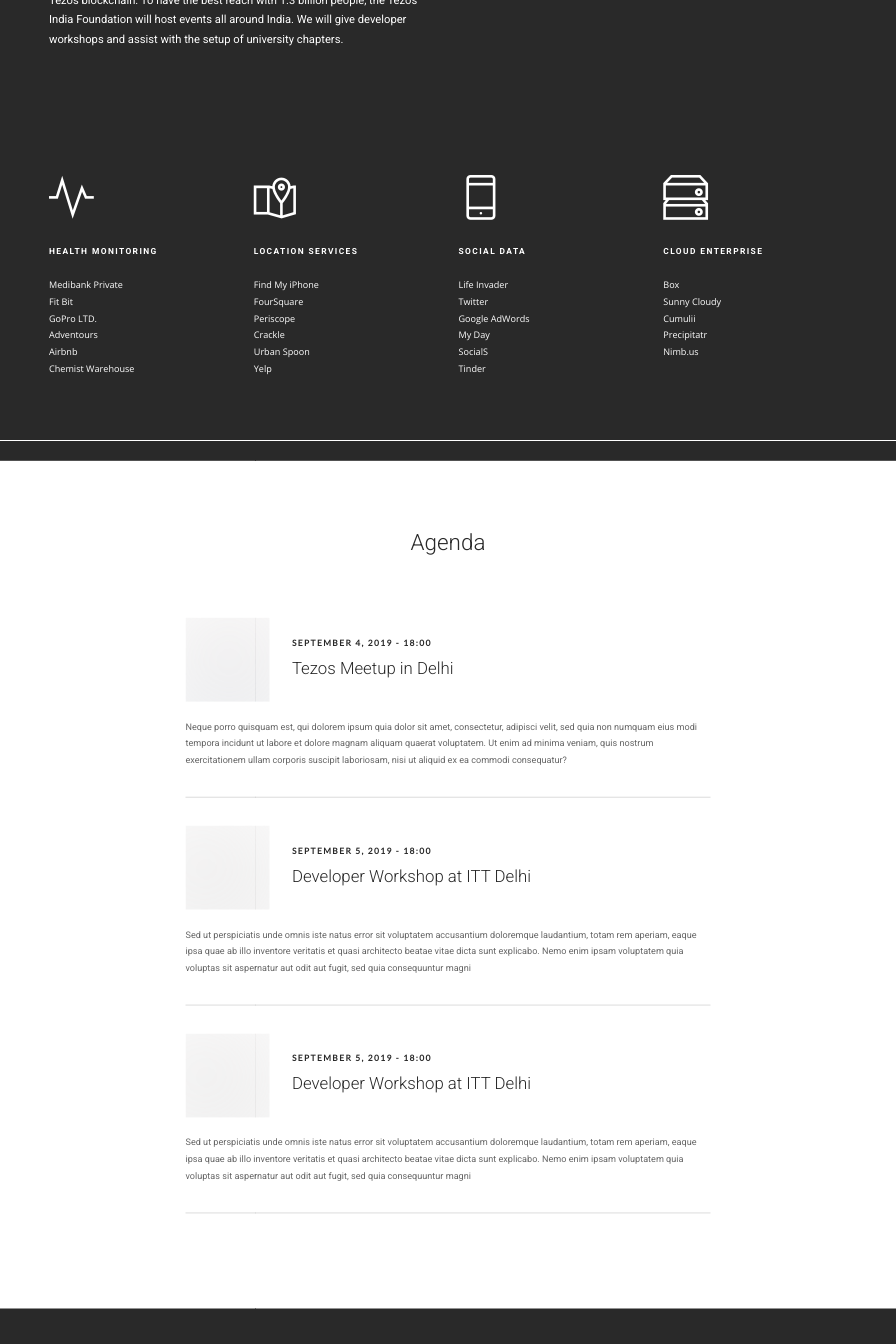
Repository: Tezos-India-Foundation/TIF-Website
Page: Tezos India Website/page.html
These files come from the project's save history. The page is drawn as it stood at one moment and after the next save; the edit follows.
The browser window is 1280 px wide. The pictures show the part of the page from y = 516 to 2436 px (the page is 3450 px tall before and 3562 px after), at 70% of full size.

Above is the page before, as saved 2019-08-06 15:48:34.

### Tezos India Website/page.html
<!doctype html>
<html lang="en">

<head>
	<meta charset="utf-8">
	<title></title>
	<meta name="viewport" content="width=device-width, initial-scale=1.0">
	<link href="css/font-awesome.min.css" rel="stylesheet" type="text/css" media="all">
	<link href="css/themify-icons.css" rel="stylesheet" type="text/css" media="all" />
	<link href="css/bootstrap.css" rel="stylesheet" type="text/css" media="all" />
	<link href="css/theme-nearblack.css" rel="stylesheet" type="text/css" media="all" />
	<link href="css/custom.css" rel="stylesheet" type="text/css" media="all" />
	<link
		href='http://fonts.googleapis.com/css?family=Lato:300,400%7CRaleway:100,400,300,500,600,700%7COpen+Sans:400,500,600'
		rel='stylesheet' type='text/css'>
	<link href="http://fonts.googleapis.com/css?family=Roboto:100,300,400,600,700" rel="stylesheet" type="text/css">
	<link href="css/font-roboto.css" rel="stylesheet" type="text/css">
</head>

<body>

	<div class="nav-container">




		<nav class="bg-dark">
			<div class="nav-bar">
				<div class="module left">
					<a href="index.html">
						<img class="logo logo-light" alt="Foundry" src="img\logo with text.png">
						<img class="logo logo-dark" alt="Foundry" src="img/logo-dark.png">
					</a>
				</div>
				<div class="module widget-handle mobile-toggle right visible-sm visible-xs">
					<i class="ti-menu"></i>
				</div>
				<div class="module-group right">
					<div class="module left">
						<ul class="menu">
							<li>
								<a href="#">What We Do</a>
							</li>
							<li>
								<a href="#">Agenda</a>
							</li>
							<li>
								<a href="#">Team</a>
							</li>
							<li>
								<a href="#">Contact</a>
							</li>
					</div>

				</div>
		</nav>





















































































	</div>

	<div class="main-container">





		<!-- <section class="cover fullscreen image-bg overlay">

			<div class="background-image-holder">
				<img alt="image" class="background-image" src="img/prop1.jpg">
			</div>
			<div class="container v-align-transform">
				<div class="row">
					<div class="col-sm-12 text-center">
						<h1 class="large mb16">Tezos India Foundation</h1>
						<h5 class="uppercase mb0">Education . meetups . partnerships</h5>
					</div>
				</div>

			</div>

			<div class="align-bottom relative-xs text-center" id="buttonslanding">
				<a class="btn btn-filled btn-lg mb32 mt-xs-40" href="#">What is Tezos?</a>
				<a class="btn btn-filled btn-lg mb32 mt-xs-40" href="#">Developer Resources</a>
			</div>

		</section> -->
		<section class="bg-dark">
			<div class="container">
				<div class="row">
					<!-- <div class="col-sm-12">

						<hr class="mb160 mb-xs-24">
					</div> -->
				</div>

				<div class="row" id="headerlanding">
					<div class="col-md-10">
						<h1 class="thin">Dedicated to Growing the Tezos Community in India.</h1>
					</div>
				</div>

				<div class="row mb160 mb-xs-0">
					<div class="col-md-6 col-sm-8">
						<p class="lead">The Tezos India Foundation will assist individuals and
							entities to use the Tezos blockchain. To have the best reach with 1.3 billion
							people, the Tezos India Foundation will host events all around
							India. We will give developer workshops and assist with the setup of university
							chapters.&nbsp;</p>
					</div>
				</div>

				<div class="row">
					<div class="col-md-3 col-sm-6 mb-xs-24">
						<i class="ti-pulse icon mb32"></i>
						<h6 class="uppercase">Health Monitoring</h6>
						<ul>
							<li>Medibank Private</li>
							<li>Fit Bit</li>
							<li>GoPro LTD.</li>
							<li>Adventours</li>
							<li>Airbnb</li>
							<li>Chemist Warehouse</li>
						</ul>
					</div>
					<div class="col-md-3 col-sm-6 mb-xs-24">
						<i class="ti-map-alt icon mb32"></i>
						<h6 class="uppercase">Location Services</h6>
						<ul>
							<li>Find My iPhone</li>
							<li>FourSquare</li>
							<li>Periscope</li>
							<li>Crackle</li>
							<li>Urban Spoon</li>
							<li>Yelp</li>
						</ul>
					</div>
					<div class="col-md-3 col-sm-6 mb-xs-24">
						<i class="ti-mobile icon mb32"></i>
						<h6 class="uppercase">Social Data</h6>
						<ul>
							<li>Life Invader</li>
							<li>Twitter</li>
							<li>Google AdWords</li>
							<li>My Day</li>
							<li>SocialS</li>
							<li>Tinder</li>
						</ul>
					</div>
					<div class="col-md-3 col-sm-6 mb-xs-24">
						<i class="ti-harddrives icon mb32"></i>
						<h6 class="uppercase">Cloud Enterprise</h6>
						<ul>
							<li>Box</li>
							<li>Sunny Cloudy</li>
							<li>Cumulii</li>
							<li>Precipitatr</li>
							<li>Nimb.us</li>
						</ul>
					</div>
				</div>

			</div>

		</section>
		<section>
			<div class="container">
				<div class="row mb64 mb-xs-24">
					<div class="col-sm-12 text-center">
						<h3>Agenda</h3>

					</div>
				</div>

				<div class="row">
					<div class="col-md-offset-2 col-md-8">
						<div class="tabbed-content button-tabs">


									<div class="tab-content text-left">
										<div>
											<div class="overflow-hidden">
												<img alt="Pic" class="mb24 pull-left" src="img/avatar1.png">
												<div class="pull-left p32 p0-xs pt24">
													<h6 class="uppercase mb8 number">September 4, 2019 - 18:00</h6>
													<h4>Tezos Meetup in Delhi</h4>
												</div>
											</div>
											<p>
												Neque porro quisquam est, qui dolorem ipsum quia dolor sit amet,
												consectetur, adipisci velit, sed quia non numquam eius modi tempora
												incidunt ut labore et dolore magnam aliquam quaerat voluptatem. Ut enim
												ad minima veniam, quis nostrum exercitationem ullam corporis suscipit
												laboriosam, nisi ut aliquid ex ea commodi consequatur?
											</p>
											<hr class="mt40 mb40 mt-xs-0 mb-xs-24">
										</div>
										<div>
											<div class="overflow-hidden">
												<img alt="Pic" class="mb24 pull-left" src="img/avatar2.png">
												<div class="pull-left p32 p0-xs pt24">
													<h6 class="uppercase mb8 number">September 5, 2019 - 18:00</h6>
													<h4>Developer Workshop at ITT Delhi</h4>
												</div>
											</div>
											<p>
												Sed ut perspiciatis unde omnis iste natus error sit voluptatem
												accusantium doloremque laudantium, totam rem aperiam, eaque ipsa quae ab
												illo inventore veritatis et quasi architecto beatae vitae dicta sunt
												explicabo. Nemo enim ipsam voluptatem quia voluptas sit aspernatur aut
												odit aut fugit, sed quia consequuntur magni
											</p>
											<hr class="mt40 mb40 mt-xs-0 mb-xs-24">
										</div>
										<div>
											<div class="overflow-hidden">
												<img alt="Pic" class="mb24 pull-left" src="img/avatar2.png">
												<div class="pull-left p32 p0-xs pt24">
													<h6 class="uppercase mb8 number">September 5, 2019 - 18:00</h6>
													<h4>Developer Workshop at ITT Delhi</h4>
												</div>
											</div>
											<p>
												Sed ut perspiciatis unde omnis iste natus error sit voluptatem
												accusantium doloremque laudantium, totam rem aperiam, eaque ipsa quae ab
												illo inventore veritatis et quasi architecto beatae vitae dicta sunt
												explicabo. Nemo enim ipsam voluptatem quia voluptas sit aspernatur aut
												odit aut fugit, sed quia consequuntur magni
											</p>
											<hr class="mt40 mb40 mt-xs-0 mb-xs-24">
										</div>
									</div>

						</div>

					</div>
				</div>


		</section>
		<section class="bg-dark">
			<div class="container">
				<div class="row">
					<div class="col-md-4 col-sm-6">
						<div class="image-tile outer-title text-center">
							<img alt="Pic" src="img/team-1.jpg">
							<div class="title mb16">
								<h5 class="uppercase mb0">Bernd Oostrum</h5>
								<span>Director</span>
							</div>
							<p class="mb0">
								Sed ut perspiciatis unde omnis iste natus error sit voluptatem accusantium doloremque
								laudantium, totam rem aperiam, eaque ipsa quae ab illo inventore veritatis.
							</p>
						</div>
					</div>
					<div class="col-md-4 col-sm-6">
						<div class="image-tile outer-title text-center">
							<img alt="Pic" src="img/team-2.jpg">
							<div class="title mb16">
								<h5 class="uppercase mb0">Om Malviya</h5>
								<span>Director</span>
							</div>
							<p class="mb0">
								Sed ut perspiciatis unde omnis iste natus error sit voluptatem accusantium doloremque
								laudantium, totam rem aperiam, eaque ipsa quae ab illo inventore veritatis.
							</p>
						</div>
					</div>
					<div class="col-md-4 col-sm-6">
						<div class="image-tile outer-title text-center">
							<img alt="Pic" src="img/team-3.jpg">
							<div class="title mb16">
								<h5 class="uppercase mb0">Gokul Alex</h5>
								<span>Director</span>
							</div>
							<p class="mb0">
								Sed ut perspiciatis unde omnis iste natus error sit voluptatem accusantium doloremque
								laudantium, totam rem aperiam, eaque ipsa quae ab illo inventore veritatis.
							</p>
						</div>
					</div>
				</div>

			</div>

		</section>
		<section class="bg-primary">
			<div class="container">
				<div class="row">
					<div class="col-sm-12 text-center">
						<h3 class="mb0 inline-block p32 p0-xs">Interested in exploring Tezos?</h3>
						<a class="btn btn-lg btn-white mb8 mt-xs-24" href="#">Reach out</a>
					</div>
				</div>

			</div>

		</section>
		<footer class="footer-2 bg-dark text-center-xs">
			<div class="container">
				<div class="row">
					<div class="col-sm-4">
						<a href="#"><img class="image-xxs fade-half" alt="Pic" src="img\logo with text.png"></a>
					</div>

					<div class="col-sm-5 text-center">
						<span class="fade-half">
							© Copyright 2019 Tezos India Foundation - All Rights Reserved
						</span>
					</div>

					<div class="col-sm-3 text-right text-center-xs">
						<ul class="list-inline social-list">
							<li><a href="#"><i class="ti-twitter-alt"></i></a></li>
							<li><a href="#"><i class="ti-facebook"></i></a></li>
							<li><a href="#"><i class="ti-linkedin"></i></a></li>

						</ul>
					</div>
				</div>
			</div>
		</footer>
	</div>


	<script src="js/jquery.min.js"></script>
	<script src="js/bootstrap.min.js"></script>
	<script src="js/parallax.js"></script>
	<script src="js/scripts.js"></script>
</body>

</html>

### Tezos India Website/css/custom.css
/****** PLACE YOUR CUSTOM STYLES HERE ******/

#headerlanding {
    padding-top: 15%;
}

Loaded but not shown: Tezos India Website/css/font-awesome.min.css (library); Tezos India Website/css/themify-icons.css (common file); Tezos India Website/css/bootstrap.css (library); Tezos India Website/css/font-roboto.css (common file); Tezos India Website/js/jquery.min.js (library); Tezos India Website/js/bootstrap.min.js (library); Tezos India Website/js/parallax.js (library); Tezos India Website/js/scripts.js (1387 lines, source omitted); Tezos India Website/css/theme-nearblack.css (5712 lines, source omitted)

After the next save:
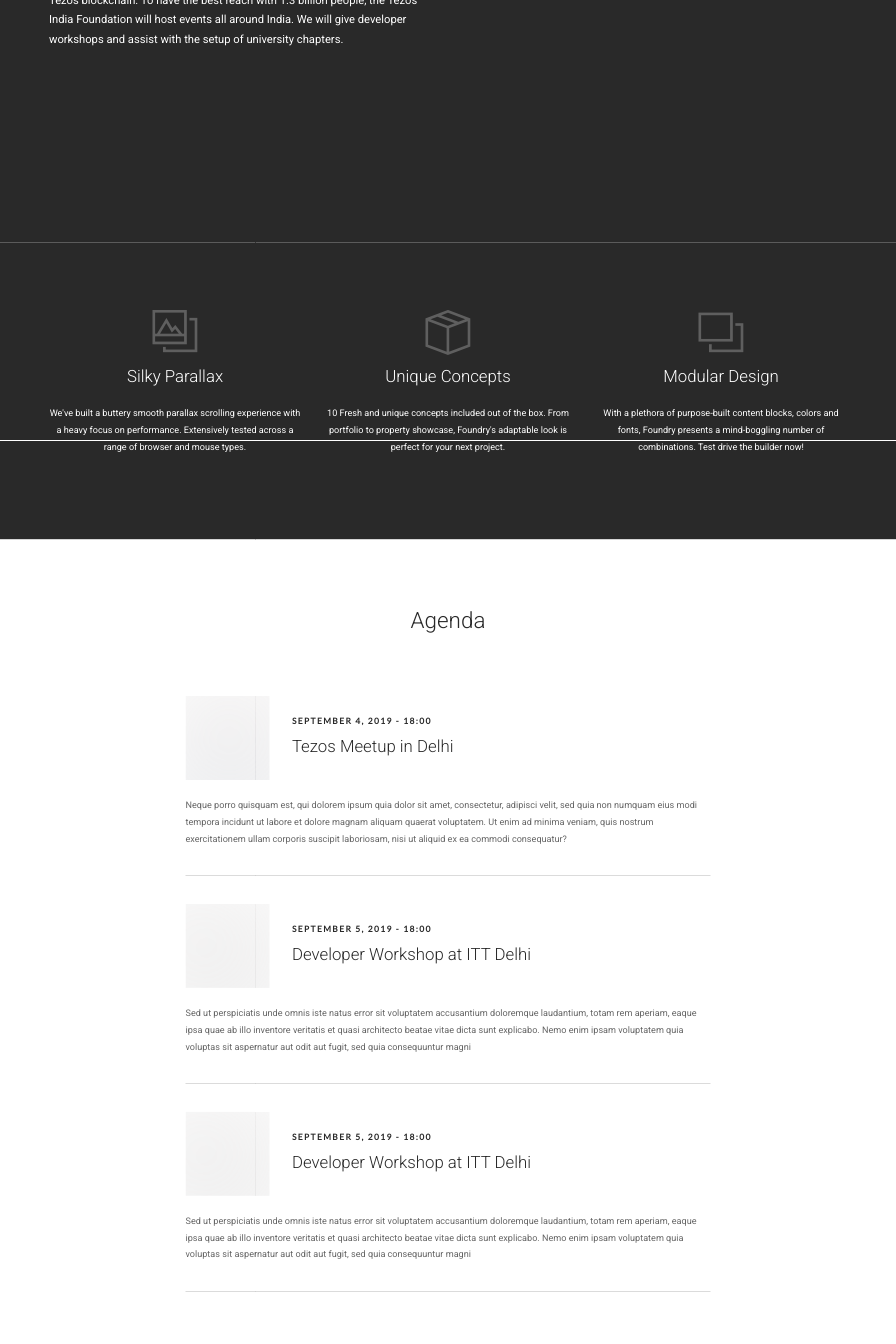
Saved 3 min 59 s later.
--- a/Tezos India Website/page.html
+++ b/Tezos India Website/page.html
@@ -193,53 +193,40 @@
 					</div>
 				</div>
 
-				<div class="row">
-					<div class="col-md-3 col-sm-6 mb-xs-24">
-						<i class="ti-pulse icon mb32"></i>
-						<h6 class="uppercase">Health Monitoring</h6>
-						<ul>
-							<li>Medibank Private</li>
-							<li>Fit Bit</li>
-							<li>GoPro LTD.</li>
-							<li>Adventours</li>
-							<li>Airbnb</li>
-							<li>Chemist Warehouse</li>
-						</ul>
-					</div>
-					<div class="col-md-3 col-sm-6 mb-xs-24">
-						<i class="ti-map-alt icon mb32"></i>
-						<h6 class="uppercase">Location Services</h6>
-						<ul>
-							<li>Find My iPhone</li>
-							<li>FourSquare</li>
-							<li>Periscope</li>
-							<li>Crackle</li>
-							<li>Urban Spoon</li>
-							<li>Yelp</li>
-						</ul>
-					</div>
-					<div class="col-md-3 col-sm-6 mb-xs-24">
-						<i class="ti-mobile icon mb32"></i>
-						<h6 class="uppercase">Social Data</h6>
-						<ul>
-							<li>Life Invader</li>
-							<li>Twitter</li>
-							<li>Google AdWords</li>
-							<li>My Day</li>
-							<li>SocialS</li>
-							<li>Tinder</li>
-						</ul>
-					</div>
-					<div class="col-md-3 col-sm-6 mb-xs-24">
-						<i class="ti-harddrives icon mb32"></i>
-						<h6 class="uppercase">Cloud Enterprise</h6>
-						<ul>
-							<li>Box</li>
-							<li>Sunny Cloudy</li>
-							<li>Cumulii</li>
-							<li>Precipitatr</li>
-							<li>Nimb.us</li>
-						</ul>
+
+
+			</div>
+
+		</section>
+	</section><section class="bg-dark">
+			<div class="container">
+				<div class="row">
+					<div class="col-sm-4 text-center">
+						<div class="feature">
+							<i class="ti-gallery icon fade-3-4 inline-block mb16"></i>
+							<h4>Silky Parallax</h4>
+							<p>
+								We've built a buttery smooth parallax scrolling experience with a heavy focus on performance. Extensively tested across a range of browser and mouse types.
+							</p>
+						</div>
+					</div>
+					<div class="col-sm-4 text-center">
+						<div class="feature">
+							<i class="ti-package icon fade-3-4 inline-block mb16"></i>
+							<h4>Unique Concepts</h4>
+							<p>
+								10 Fresh and unique concepts included out of the box. From portfolio to property showcase, Foundry's adaptable look is perfect for your next project.
+							</p>
+						</div>
+					</div>
+					<div class="col-sm-4 text-center">
+						<div class="feature">
+							<i class="ti-layers icon fade-3-4 inline-block mb16"></i>
+							<h4>Modular Design</h4>
+							<p>
+								With a plethora of purpose-built content blocks, colors and fonts, Foundry presents a mind-boggling number of combinations. Test drive the builder now!
+							</p>
+						</div>
 					</div>
 				</div>
 
